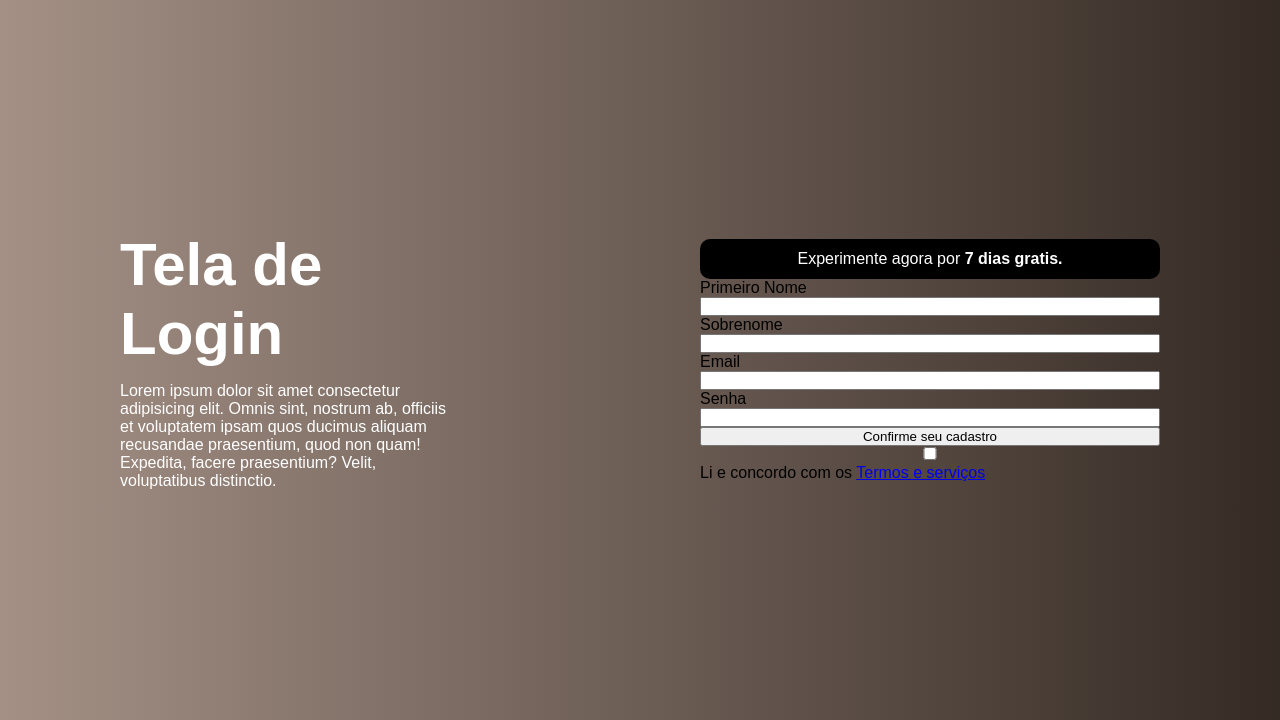
Repository: analessp/tela-login
Page: index.html
An editor plug-in stored every save of this project. The page is shown before and after the next save, followed by the edit.
The browser window is 1280 px wide. The pictures show the whole page.
Some web fonts or font styles are not loaded; a fallback is used.

Above is the page before, as saved 2025-04-16 09:01:57.

### index.html
<!DOCTYPE html>
<html lang="pt-br">
  <head>
    <meta charset="UTF-8" />
    <meta name="viewport" content="width=device-width, initial-scale=1.0" />
    <title>Tela de Login</title>
    <link rel="stylesheet" href="style.css" />
    <link rel="preconnect" href="https://fonts.googleapis.com" />
    <link rel="preconnect" href="https://fonts.gstatic.com" crossorigin />
    <link href="https://fonts.googleapis.com/css2?family=Nunito:ital,wght@0,200..1000;1,200..1000&family=Special+Gothic&display=swap" rel="stylesheet" />
  </head>
  <body>
    <main>
      <div class="container-left">
        <h1>Tela de Login</h1>
        <p>Lorem ipsum dolor sit amet consectetur adipisicing elit. Omnis sint, nostrum ab, officiis et voluptatem ipsam quos ducimus aliquam recusandae praesentium, quod non quam! Expedita, facere praesentium? Velit, voluptatibus distinctio.</p>
      </div>
      <div class="container-right">
        <a href="#" class="teste-gratis">
          <p>Experimente agora por <b>7 dias gratis.</b></p>
        </a>
        <div class="forms">
          <form>

            <div>
              <label for="name">
                <p>Primeiro Nome</p>
                <input id="name" type="text" />
              </label>
            </div>

            <div>
                <label for="lastname">
                    <p>Sobrenome</p>
                    <input id="lastname" type="text" />
                </label>
            </div>

            <div>
                <label for="email">
                    <p>Email</p>
                    <input id="email" type="email" />
                </label>
            </div>

            <div>
                <label for="password">
                    <p>Senha</p>
                    <input id="password" type="password" />
                </label>
            </div>

            <button type="submit">
                <p>Confirme seu cadastro</p>
            </button>
            <div>
                <input type="checkbox">
                <p>
                    Li e concordo com os <a href="#">Termos e serviços</a>
                </p>
            </div>
          </form>
        </div>
      </div>
    </main>
  </body>
</html>

### style.css
* {
    margin: 0;
    padding: 0;
    box-sizing: border-box;
    width: 100%;
    font-family: "Special Gothic", sans-serif;
}

main {
    display: flex;
    background-image: url("./assets/background.jpg") no-repeat center center;
    background-size: cover;
    position: relative;
    height: 100vh;
    z-index: 0;
}

&::after {
    content: "";
    background: #1e130c;
    background: -webkit-linear-gradient(to right, #9a8478, #1e130c);
    background: linear-gradient(to right, #9a8478, #1e130c);
    position: absolute;
    top: 0;
    left: 0;
    opacity: 0.9;
    width: 100%;
    height: 100%;
    z-index: -1;
}

.container-left {
    color: white;
    display: flex;
    justify-content: center;
    flex-direction: column;
    padding: 40px 120px;
    gap: 14px;
}

.container-left h1 {
    font-size: 60px;

    &::after{
        content: "";
        border: ;
        height: 2px;
        width: 200px;
    }
}

.container-right {
    background-color: #333(109, 109, 235);
    display: flex;
    flex-direction: column;
    justify-content: center;
    padding: 40px 120px;
}

.teste-gratis {
    display: flex;
    justify-content: center;
    align-items: center;
    width: 460px;
    height: 40px;
    background-color: black;
    text-decoration: none;
    color: white;
    border-radius: 10px;
}

.teste-gratis p{
text-align: center;
}

After the next save:
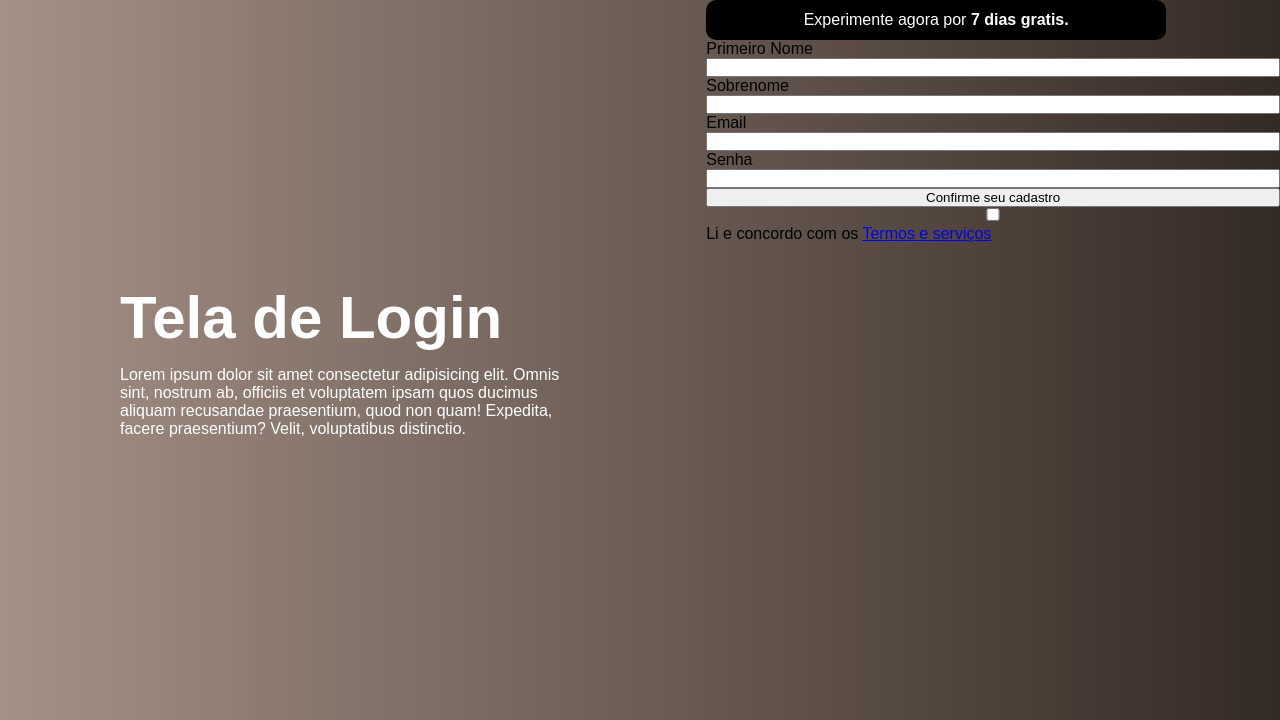
Saved 17 s later.
--- a/style.css
+++ b/style.css
@@ -40,12 +40,6 @@
 
 .container-left h1 {
     font-size: 60px;
-
-    &::after{
-        content: "";
-        border: ;
-        height: 2px;
-        width: 200px;
     }
 }
 

After the 3 saves that followed:
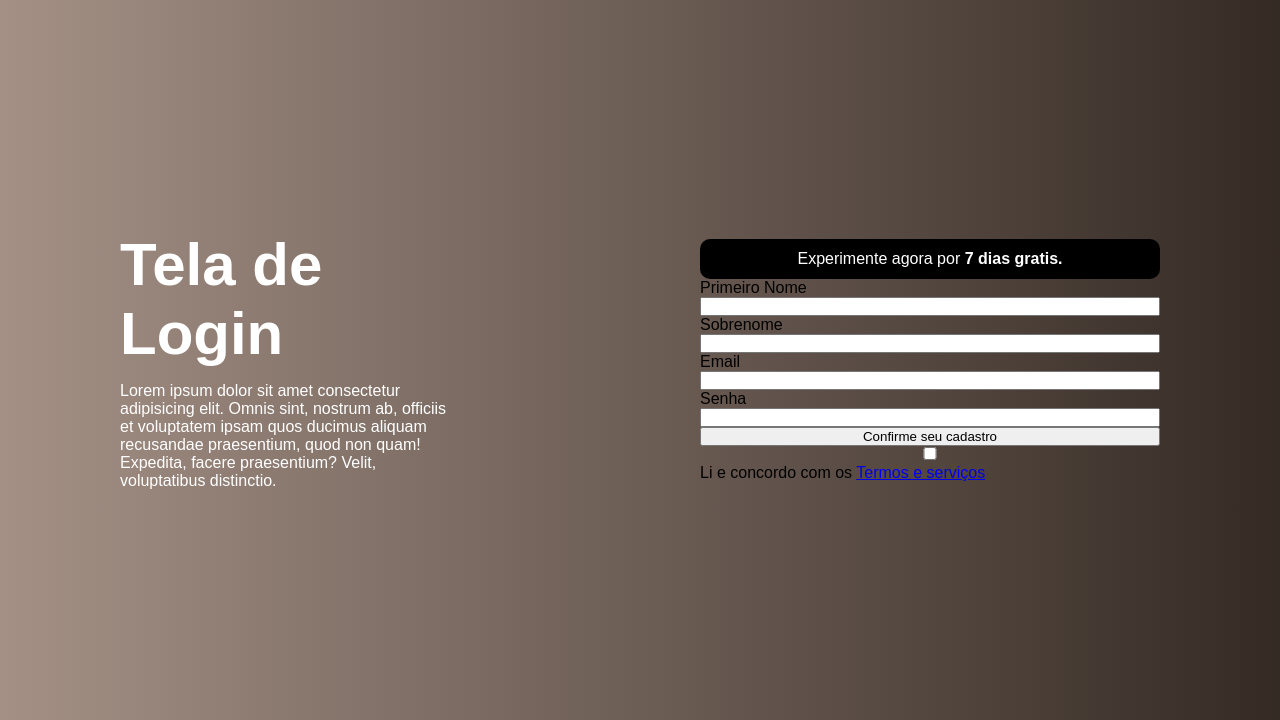
The 3 saves are shown as one change because they came seconds apart.
The last was saved 42 s later.
--- a/style.css
+++ b/style.css
@@ -40,6 +40,12 @@
 
 .container-left h1 {
     font-size: 60px;
+
+    &::after{
+        content: "";
+        background: #1e130c;
+        height: 2px;
+        width: 200px;
     }
 }
 
